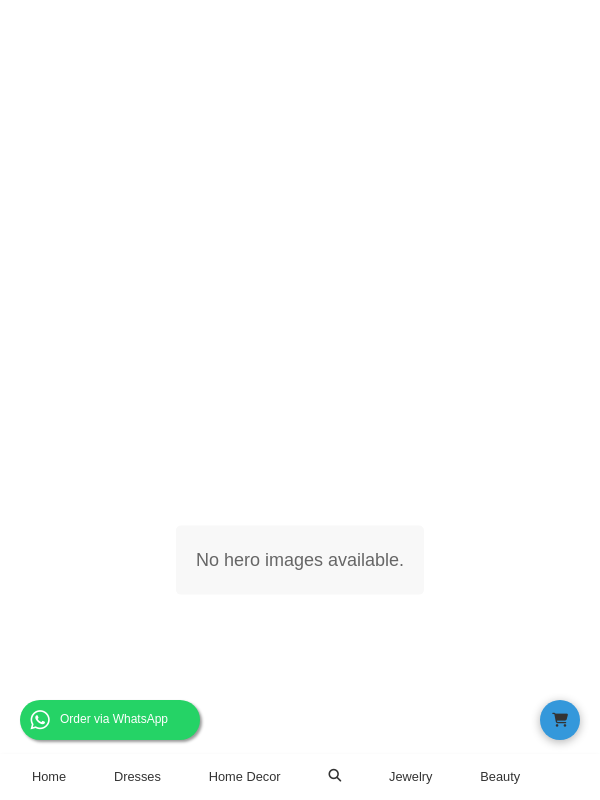
Repository: mrPractise/Elma-Shop
Page: http://localhost/
The author's editor kept a copy of each file at every save. The page is drawn from the files as they stood at one save, then again after the next save.
The browser window is 600 px wide. The pictures show the whole page.
Some web fonts or font styles are not loaded; a fallback is used. The page is served by the project's application, run on Django 5.2 (manage.py). Other server files are loaded and not shown. Queries for data that is not in the repository find no rows.

Above is the page before, as saved 2024-09-29 14:10:35.

### Shop/templatetags/cart_tags.py
from django import template
from Shop.models import Cart, CartItem

register = template.Library()

@register.filter
def cart_item_count(session):
    cart_id = session.get('cart_id')
    if cart_id:
        return CartItem.objects.filter(cart_id=cart_id).count()
    return 0

### Shop/templatetags/category_tags.py


from django import template
from django.urls import reverse

register = template.Library()

@register.simple_tag
def category_url(category):
    url_names = {
        'beauty-products': 'beauty-products',
        'dresses': 'dresses',
        'jewelry': 'jewelry',
        'home-decor': 'home-decor'
    }
    url_name = url_names.get(category.slug, 'category_detail')
    return reverse(url_name, kwargs={'category_slug': category.slug})

### Shop/context_processors.py
# In a new file, e.g., myapp/context_processors.py

from django.conf import settings
import urllib.parse

def whatsapp_url(request):
    phone_number = settings.WHATSAPP_NUMBER
    message = settings.WHATSAPP_MESSAGE
    whatsapp_url = f"https://wa.me/{phone_number}?text={urllib.parse.quote(message)}"
    return {'whatsapp_url': whatsapp_url}

### Shop/cache_control.py
from django.utils.cache import patch_cache_control
from django.conf import settings

def cache_control_middleware(get_response):
    def middleware(request):
        response = get_response(request)
        if request.path.startswith(settings.MEDIA_URL) and request.path.lower().endswith(('.png', '.jpg', '.jpeg', '.gif')):
            patch_cache_control(response, max_age=3600*24*30)  # Cache for 30 days
        return response
    return middleware

### ElmaShop/urls.py
from django.contrib import admin
from django.urls import path, include
from django.conf.urls.static import static
from django.conf import settings

urlpatterns = [
    path('admin/', admin.site.urls),
    path('', include('Shop.urls'))
]

if settings.DEBUG:
    urlpatterns += static(settings.STATIC_URL, document_root=settings.STATIC_ROOT)
    urlpatterns += static(settings.MEDIA_URL, document_root=settings.MEDIA_ROOT)

### static/css/styles.css
/* GENERAL CSS */
@import url("https://fonts.googleapis.com/css2?family=Quicksand:wght@300;400;500;600;700&display=swap");

* {
  margin: 0;
  padding: 0;
  box-sizing: border-box;
}
body {
  font-family: "Quicksand", sans-serif;
  font-weight: 300;
  color: #333;
  line-height: 1.6;
}

/* NAVBAR */
.navbar {
  background-color: #fff;
  padding: 1rem;
  box-shadow: 0 2px 4px rgba(0, 0, 0, 0.1);
  position: sticky;
  top: 0;
  z-index: 1000;
}

.navbar ul {
  list-style-type: none;
  margin: 0;
  padding: 0;
  display: flex;
  justify-content: center;
  align-items: center;
}

.navbar ul li {
  margin: 0 1rem;
}

.navbar ul li a {
  text-decoration: none;
  color: #333;
  font-weight: 400;
  transition: color 0.3s ease;
}

.navbar ul li a:hover {
  color: #e74c3c;
}

.navbar-toggle {
  display: none;
  background: none;
  border: none;
  font-size: 1.5rem;
  cursor: pointer;
}

@media screen and (max-width: 768px) {
  body {
    padding-bottom: 60px; /* Add space for the fixed navbar */
  }

  .navbar {
    position: fixed;
    bottom: 0;
    left: 0;
    right: 0;
    top: auto;
    padding: 0.5rem;
  }

  .navbar ul {
    display: flex;
    flex-direction: row;
    justify-content: space-around;
  }

  .navbar ul li {
    margin: 5px 0;
  }

  .navbar ul li a {
    font-size: 0.8em;
    text-align: center;
    display: flex;
    flex-direction: column;
    align-items: center;
  }

  .navbar ul li a::before {
    font-size: 1.5em;
    margin-bottom: 1px;
  }

  .navbar-toggle {
    display: none; /* Hide the toggle button */
  }
}
  .search-icon {
        cursor: pointer;
    }
    .modal {
    display: none;
    position: fixed;
    z-index: 1000;
    left: 0;
    top: 0;
    width: 100%;
    height: 100%;
    background-color: rgba(0,0,0,0.4);
}

.modal-content {
    background-color: #fefefe;
    margin: 10% auto;
    padding: 20px;
    border: 1px solid #888;
    width: 50%;
    max-width: 500px;
    border-radius: 8px;
    box-shadow: 0 4px 6px rgba(0, 0, 0, 0.1);
}

.close {
    color: #aaa;
    float: right;
    font-size: 28px;
    font-weight: bold;
    cursor: pointer;
}

.close:hover,
.close:focus {
    color: black;
    text-decoration: none;
}

.search-form {
    display: flex;
    margin-top: 20px;
}

.search-form input {
    flex-grow: 1;
    padding: 10px;
    font-size: 16px;
    border: 1px solid #ddd;
    border-right: none;
    border-radius: 4px 0 0 4px;
}

.search-form button {
    padding: 10px 15px;
    background-color: #f8f9fa;
    border: 1px solid #ddd;
    border-radius: 0 4px 4px 0;
    cursor: pointer;
}

/* Responsive styles */
@media screen and (max-width: 768px) {
    .modal-content {
        width: 80%;
        margin: 20% auto;
    }
}

@media screen and (max-width: 480px) {
    .modal-content {
        width: 90%;
        margin: 30% auto;
        padding: 15px;
    }

    .search-form input {
        font-size: 14px;
    }

    .search-form button {
        padding: 8px 12px;
    }


}
/**/
.section {
  min-height: 100vh;
  display: flex;
  flex-direction: column;
  justify-content: center;
  align-items: center;
  padding: 4rem 2rem 2rem;
}

.page-container {
  max-width: 100%;
  margin: 0 auto;
  padding: 1rem;
  min-height: 100vh;
}

.content-wrapper {
  display: grid;
  grid-template-columns: 2fr 5fr;
  gap: 5px;
}

.sidebar {
  flex: 0 0 auto;
  position: sticky;
  top: 65px; /* Adjust this value based on your navbar height */
  height: fit-content;
  overflow: hidden;


}

/* Search_Results Page */
     .search-results-container {
        padding: 20px;
    }
    .search-product-grid {
        display: grid;
        grid-template-columns: repeat(auto-fill, minmax(200px, 1fr));
        gap: 20px;
    }
    .search-product-item {
        border: 1px solid #ddd;
        padding: 10px;
        text-align: center;
    }
    .search-product-image {
        max-width: 100%;
        height: auto;
    }
    .search-pagination {
        margin-top: 20px;
        text-align: center;
    }
    .search-page-link {
        margin: 0 5px;
    }
    .search-current-page {
        font-weight: bold;
    }



.items-page-categories {
  display: flex;
  flex-direction: column;
}

.items-page-category {
  background: none;
border: none;
  padding: 0.5rem;
  cursor: pointer;
  transition: color 0.3s ease;
  overflow:visible;
 margin-bottom: 3px;
 white-space: wrap;
 word-wrap: break-word;

}

.items-page-category:hover,
.items-page-category.active{
  color: #e74c3c;
  background-color:rgb(191, 223, 211);
  border-right: 3px solid goldenrod;
}

.product-header {
  display: flex;
  justify-content: space-between;
  align-items: center;
  margin-bottom: 1rem;
}

.product-count {
  font-weight: bold;
}

.sort-dropdown select {
  padding: 0.5rem;
  border: 1px solid #ccc;
  border-radius: 4px;
}

.product-grid {
  display: grid;
  grid-template-columns: repeat(auto-fill, minmax(200px, 1fr));
  gap: 1rem;
}


.featured-page {
  background-color: #fff;
  border-radius: 10px;
  overflow: hidden;
  box-shadow: 0 4px 8px rgba(0, 0, 0, 0.1);
  margin-bottom: 3rem;
  display: flex;
  align-items: stretch;
}

.page-header {
  text-align: center;
  margin-bottom: 1rem;
  position: relative;
}
.page-title {
  font-family: "Playfair Display", serif;
  font-size: 4rem;
  color: #2c3e50;
  margin-bottom: 1rem;
  position: relative;
  display: inline-block;
}

.page-title::after {
  content: "";
  position: absolute;
  bottom: -10px;
  left: 50%;
  transform: translateX(-50%);
  width: 100px;
  height: 3px;
  background: linear-gradient(to right, #f39c12, #e74c3c);
}
.page-subtitle {
  font-size: 1.2rem;
  color: #7f8c8d;
  font-weight: 300;
}

/* HOME-PAGE */
h2 {
  font-size: 2.5rem;
  margin-bottom: 2rem;
  text-align: center;
}
.see-more {
  margin-top: 2rem;
  padding: 1rem 2rem;
  background-color: #e74c3c;
  color: white;
  text-decoration: none;
  border-radius: 5px;
  transition: background-color 0.3s ease;
}
.see-more:hover {
  background-color: #c0392b;
}

/* Hero Section */
.hero-section {
  display: flex;
  gap: 5px;
  min-height: 100vh; /* Full viewport height */
  overflow: hidden; /* Prevents any overflow */
}

.hero-left,
.hero-right {
  flex: 1;
  display: flex;
  flex-direction: column;
}

.hero-image-container {
  flex: 1;
  overflow: hidden;
  position: relative;
  margin-bottom: 5px; /* Consistent gap */
}

.hero-image {
  width: 100%;
  height: 100%;
  object-fit: cover;
  position: absolute;
  top: 0;
  left: 0;
}

.hero-image-overlay {
  position: absolute;
  bottom: 0;
  left: 0;
  right: 0;
  background: rgba(0, 0, 0, 0.5);
  color: white;
  padding: 10px;
  text-align: center;
}

.hero-image-overlay h3 {
  margin: 0;
  font-size: 1.2em;
}

.hero-image-overlay p {
  margin: 5px 0 0;
  font-size: 0.9em;
}

/* Responsive adjustments */
@media (max-width: 768px) {
  .hero-section {
    flex-direction: column;
    min-height: auto; /* Allow height to adjust based on content */
  }

  .hero-left,
  .hero-right {
    width: 100%;
  }

  .hero-image-container {
    height: 50vh; /* Half viewport height on smaller screens */
  }
}

@media (max-width: 480px) {
  .hero-image-container {
    height: 33vh; /* Shorter on very small screens */
  }

  .hero-image-overlay h3 {
    font-size: 1em;
  }

  .hero-image-overlay p {
    font-size: 0.8em;
  }
}

/* Dresses Section */
.Dresses-section {
  background-color: #f9e7e7;
}
.Dresses-showcase {
  display: flex;
  justify-content: space-around;
  width: 100%;
  max-width: 1200px;
  flex-wrap: wrap;
}
.dress-category {
  text-align: center;
  transition: transform 0.3s ease;
  margin: 1rem;
}
.dress-category:hover {
  transform: translateY(-10px);
}
.dress-category img {
  width: 200px;
  height: 300px;
  object-fit: cover;
  border-radius: 10px;
  box-shadow: 0 4px 8px rgba(0, 0, 0, 0.1);
}
.dress-category h3 {
  margin-top: 1rem;
}

/* Home Decor Section */
.Homedecor-section {
  background-color: #e7f0f9;
}
.decor-grid {
  display: grid;
  grid-template-columns: repeat(auto-fit, minmax(250px, 1fr));
  gap: 2rem;
  width: 80%;
  max-width: 1200px;
}
.decor-item {
  position: relative;
  overflow: hidden;
  border-radius: 10px;
  box-shadow: 0 4px 8px rgba(0, 0, 0, 0.1);
}
.decor-item img {
  width: 100%;
  height: 250px;
  object-fit: cover;
  transition: transform 0.3s ease;
}
.decor-item:hover img {
  transform: scale(1.05);
}
.decor-info {
  position: absolute;
  bottom: 0;
  left: 0;
  right: 0;
  background: rgba(255, 255, 255, 0.9);
  padding: 1rem;
  transform: translateY(100%);
  transition: transform 0.3s ease;
}
.decor-item:hover .decor-info {
  transform: translateY(0);
}

.Jewelry-section {
  background-color: #f9f3e6;
}
.Jewelry-showcase {
  display: grid;
  grid-template-columns: repeat(auto-fit, minmax(280px, 1fr));
  gap: 2rem;
  width: 90%;
  max-width: 1200px;
}
.jewelry-item {
  border-radius: 10px;
  overflow: hidden;
  box-shadow: 0 4px 8px rgba(0, 0, 0, 0.1);
  transition: transform 0.3s ease, box-shadow 0.3s ease;
  display: flex;
  flex-direction: column;
}
.jewelry-item:hover {
  transform: translateY(-5px);
  box-shadow: 0 6px 12px rgba(0, 0, 0, 0.15);
}
.jewelry-image {
  width: 100%;
  height: 300px;
  overflow: hidden;
}
.jewelry-image img {
  width: 100%;
  height: 100%;
  object-fit: cover;
  transition: transform 0.3s ease;
}
.jewelry-item:hover .jewelry-image img {
  transform: scale(1.05);
}
.jewelry-info {
  padding: 1.5rem;
  display: flex;
  flex-direction: column;
  flex-grow: 1;
}
.jewelry-info h3 {
  margin: 0 0 0.5rem;
  color: #333;
  font-size: 1.2rem;
}
.jewelry-info p {
  margin: 0 0 1rem;
  color: #e74c3c;
  font-weight: 400;
}
.jewelry-description {
  font-size: 0.9rem;
  color: #666;
  flex-grow: 1;
}
/* Beauty Section */
.Beauty-Products-section {
  background-color: #f0e7f9;
}


.section-title {
  text-align: center;
  margin-bottom: 2rem;
  color: #333;
  font-size: 2.5rem;
}

.beauty-container {
  margin: 0 auto;
  padding: 0 1rem;
}

.beauty-masonry {
  column-count: 2;
  column-gap: 1rem;
  margin: 0 auto;
  max-width: 100%;
}

.beauty-item {
  break-inside: avoid;
  margin-bottom: 1rem;
  position: relative;
  overflow: hidden;
  width: 100%;
  display: inline-block;
}

.beauty-item img {
  width: 100%;
  display: block;
  transition: transform 0.3s ease;
}

.beauty-item:hover img {
  transform: scale(1.05);
}

.beauty-overlay {
  position: absolute;
  bottom: 0;
  left: 0;
  right: 0;
  background: linear-gradient(to top, rgba(0, 0, 0, 0.7), transparent);
  color: white;
  padding: 1rem;
  transform: translateY(100%);
  transition: transform 0.3s ease;
}

.beauty-item:hover .beauty-overlay {
  transform: translateY(0);
}

.beauty-overlay h3 {
  margin: 0 0 0.5rem;
  font-size: 1.2rem;
}

.beauty-overlay p {
  margin: 0;
  font-size: 0.9rem;
  word-wrap: break-word;
  overflow-wrap: break-word;
  hyphens: auto;
}
@media (max-width: 480px) {
  .beauty-masonry {
    column-count: 1;
  }
}
@media (max-width: 768px) {
  .beauty-item {
    flex: 0 0 calc(50% - 0.5rem);
  }

  .jewelry-showcase {
    grid-template-columns: repeat(auto-fit, minmax(250px, 1fr));
  }
}

/* HOMEDECOR PAGE */
.homedecor-page-container {
  background-color: #e7f0f9;
}

/* PRODUCT-Items */
.product-grid {
  display: grid;
  grid-template-columns: repeat(auto-fill, minmax(250px, 1fr));
  gap: 2rem;
  width: 100%;
}

.product-item {
  background-color: #fff;
  border-radius: 10px;
  overflow: hidden;
  box-shadow: 0 4px 8px rgba(0, 0, 0, 0.1);
  transition: transform 0.3s ease;
  display: flex;
  flex-direction: column;
}

.product-item:hover {
  transform: translateY(-5px);
}

.product-image-container {
  position: relative;
  width: 100%;
  height: 100%;
  padding-top: 100%; /* 1:1 Aspect Ratio */
  overflow: hidden;
}

.product-item img {
  position: absolute;
  top: 0;
  left: 0;
  width: 100%;
  height: 100%;
  object-fit: cover;
  transition: transform 0.3s ease;
}

.product-item:hover img {
  transform: scale(1.05);
}

.product-info {
  padding: 1rem;
  display: flex;
  flex-direction: column;
  flex-grow: 1;
}

.product-desc p {
  word-wrap: break-word; /* Breaks long words */
  overflow: hidden; /* Hides overflow content */
  text-overflow: ellipsis; /* Adds "..." for overflowing text */
  white-space: normal; /* Allows text to wrap to the next line */
  margin: 0; /* Optional: adjust margin */
}

.product-info h3 {
  margin-bottom: 0.5rem;
  font-size: 1.1rem;
  line-height: 1.2;
}

.product-price {
  font-weight: 400;
  color: #e74c3c;
  margin-bottom: 0.5rem;
}

.product-cart {
  display: flex;
  justify-content: space-between;
  align-items: center;
  margin-top: auto;
}

.cart-btn,
.remove-from-cart {
  padding: 0.5rem 1rem;
  border: none;
  border-radius: 5px;
  cursor: pointer;
  transition: background-color 0.3s ease;
}

.cart-btn {
  background-color: #3498db;
  color: white;
}

.cart-btn:hover {
  background-color: #2980b9;
}

.remove-from-cart {
  background-color: #e74c3c;
  color: white;
}

.remove-from-cart:hover {
  background-color: #c0392b;
}

.no-product {
  position: absolute;
  top: 50%;
  height: fit-content;
  left: 50%;
  transform: translate(-50%, -50%);
  text-align: center;
}
.cart-icon {
    position: relative;
    display: inline-block;
}

.cart-counter {
    position: absolute;
    top: -10px;
    right: -10px;
    background-color: #e74c3c;
    color: white;
    border-radius: 50%;
    padding: 2px 6px;
    font-size: 0.7em;
    font-weight: bold;
}



@media screen and (max-width: 768px) {
    .cart-icon {
        position: fixed;
        bottom: 60px;
        right: 20px;
        background-color: #3498db;
        color: white;
        border-radius: 50%;
        width: 40px;
        height: 40px;
        display: flex;
        justify-content: center;
        align-items: center;
        box-shadow: 0 2px 10px rgba(0, 0, 0, 0.3);
        z-index: 1000;
    }

    .cart-icon i {
        font-size: 14px;
    }

    .cart-counter {
        position: absolute;
        top: -5px;
        right: -5px;
        background-color: #e74c3c;
        color: white;
        border-radius: 50%;
        padding: 2px 6px;
        font-size: 0.7em;
        font-weight: bold;
    }
}

@media (max-width: 768px) {

  .no-product {
    top: 70%;
  }
}

.cart-btn,
.remove-from-cart {
  color: white;
  border: none;
  padding: 0.5rem 1rem;
  border-radius: 5px;
  cursor: pointer;
  transition: background-color 0.3s ease;
}
.cart-btn {
  background-color: #3498db;
}
.cart-btn:hover {
  background-color: #2980b9;
}
.remove-from-cart {
  background-color: #e74c3c;
}
.cart-quantity {
  font-weight: 500;
  background-color: #e7d33c;
  color: rgb(34, 31, 31);
  padding: 0.2rem 0.6rem;
  border-radius: 50%;
}

/* CART-PAGE */
.cart-container {
  max-width: 1200px;
  margin: 0 auto;
  padding: 40px 20px;
  display: flex;
  gap: 40px;
}
h1 {
  font-size: 2.5em;
  margin-bottom: 30px;
  color: #2c3e50;
}
.cart-items {
  flex: 3;
}
.cart-item {
  background-color: #fff;
  border-radius: 8px;
  box-shadow: 0 4px 6px rgba(0, 0, 0, 0.1);
  margin-bottom: 20px;
  overflow: hidden;
  transition: transform 0.3s ease;
}
.cart-item:hover {
  transform: translateY(-5px);
}
.item-content {
  display: flex;
  padding: 20px;
}
.item-image {
  width: 100px;
  height: 100px;
  object-fit: cover;
  border-radius: 4px;
  margin-right: 20px;
}
.item-details {
  flex-grow: 1;
}
.item-name {
  font-weight: 500;
  font-size: 1.1em;
  margin-bottom: 5px;
}
.item-price {
  color: #3498db;
  font-weight: 600;
}
.item-quantity {
  display: flex;
  align-items: center;
  margin-top: 10px;
}
.quantity-btn {
  background-color: #f1f3f5;
  color: #333;
  border: none;
  width: 30px;
  height: 30px;
  font-size: 1.2em;
  cursor: pointer;
  transition: background-color 0.3s;
  border-radius: 50%;
}
.quantity-btn:hover {
  background-color: #e9ecef;
}
.quantity-input {
  width: 40px;
  text-align: center;
  margin: 0 10px;
  font-size: 1em;
  border: none;
  background-color: transparent;
}
.item-total {
  font-weight: 800;
  margin-left: 20px;
}
.remove-item {
  background-color: #e74c3c;
  color: white;
  border: none;
  padding: 5px 10px;
  cursor: pointer;
  transition: background-color 0.3s;
  border-radius: 4px;
  font-size: 0.9em;
}
.remove-item:hover {
  background-color: #c0392b;
}
.empty-cart-message,
.empty-cart-summary {
  text-align: center;
  padding: 20px;
  font-size: 18px;
  color: #666;
}

.empty-cart-message {
  background-color: #f8f8f8;
  border-radius: 5px;
}

.cart-summary {
  flex: 1;
  background-color: #fff;
  padding: 20px;
  border-radius: 8px;
  box-shadow: 0 4px 6px rgba(0, 0, 0, 0.1);
  position: sticky;
  top: 20px;
  height: fit-content;
}
.summary-title {
  font-size: 1.5em;
  margin-bottom: 20px;
  color: #2c3e50;
}

.summary-items {
  margin-bottom: 15px;
}
.summary-item {
  display: flex;
  justify-content: space-between;
  margin-bottom: 10px;
}
.summary-item-details {
  flex-grow: 1;
}
.summary-item-name {
  font-weight: 500;
}
.summary-item-quantity {
  font-size: 0.9em;
  font-weight: 400;
  color: #666;
}
.summary-item-total {
  text-align: right;
  font-weight: 600;
}
.summary-subtotal {
  border-top: 1px solid #ddd;
  padding-top: 10px;
  margin-top: 10px;

  font-weight: 700;
}
.summary-total {
  font-size: 1.2em;
  font-weight: 800;
  color: #3498db;
  margin-top: 20px;
  padding-top: 20px;
  border-top: 1px solid #eee;
}
.checkout-btn {
  background-color: #2ecc71;
  color: white;
  border: none;
  padding: 15px 20px;
  font-size: 1em;
  border-radius: 4px;
  cursor: pointer;
  transition: background-color 0.3s;
  width: 100%;
  margin-top: 20px;
  a{
    text-decoration: none;
  }
}
.checkout-btn:hover {
  background-color: #27ae60;
}
.thankyou-container {
    max-width: 800px;
    margin: 0 auto;
    padding: 20px;
    font-family: Arial, sans-serif;
    background-color: #f9f9f9;
    border-radius: 10px;
    box-shadow: 0 0 10px rgba(0,0,0,0.1);
}

.thankyou-order-item {
    background-color: #fff;
    border: 1px solid #ddd;
    border-radius: 5px;
    padding: 15px;
    margin-bottom: 15px;
}

.thankyou-order-item p {
    margin: 5px 0;
    font-size: 1.1em;
}

.thankyou-total {
    font-weight: bold;
    font-size: 2em;
    margin-top: 20px;
      color: #3498db;
}

.thankyou-message {
    text-align: center;
}

.thankyou-button {
    display: block;
    width: 80%;
    max-width: 300px;
    margin: 20px auto;
    padding: 15px;
    text-align: center;
    text-decoration: none;
    font-size: 1.2em;
    border-radius: 5px;
    transition: background-color 0.3s ease;
}

.thankyou-whatsapp-button {
    background-color: #25D366;
    color: white;
}

.thankyou-whatsapp-button:hover {
    background-color: #128C7E;
}

.continue-shopping-button {
    background-color: #3498db;
    color: white;
}

.continue-shopping-button:hover {
    background-color: #2980b9;
}

.checkout-actions {
    margin-top: 20px;
    display: flex;
    justify-content: space-between;
}

.button {
    padding: 10px 20px;
    font-size: 16px;
    border: none;
    border-radius: 5px;
    cursor: pointer;
    text-decoration: none;
    display: inline-block;
    text-align: center;
    transition: background-color 0.3s ease;
}

.continue-shopping-button {
    background-color: #4CAF50;
    color: white;
}

.continue-shopping-button:hover {
    background-color: #45a049;
}

.cancel-order-button {
    background-color: #f44336;
    color: white;
}

.cancel-order-button:hover {
    background-color: #d32f2f;
}

@media (max-width: 600px) {
    .thankyou-container {
        padding: 10px;
    }

    .thankyou-container h1 {
        font-size: 2em;
    }

    .thankyou-container h2 {
        font-size: 1.5em;
    }

    .thankyou-button {
        width: 100%;
    }
}

   .whatsapp-float {
        position: fixed;
        bottom: 40px;
        right: 40px;
        display: flex;
        align-items: center;
        background-color: #25d366;
        color: #FFF;
        border-radius: 50px;
        text-decoration: none;
        transition: all 0.3s;
        z-index: 100;
        box-shadow: 2px 2px 3px #999;
        overflow: hidden;
        max-width: calc(100% - 80px); /* Prevent full width on small screens */
    }

    .whatsapp-float-icon {
        width: 60px;
        height: 60px;
        display: flex;
        align-items: center;
        justify-content: center;
        font-size: 30px;
        flex-shrink: 0;
    }

    .whatsapp-float-text {
        padding-right: 20px;
        font-size: 14px;
        opacity: 0;
        max-width: 0;
        overflow: hidden;
        transition: all 0.3s;
        white-space: nowrap;
    }

    .whatsapp-float:hover {
        background-color: #128C7E;
    }

    .whatsapp-float:hover .whatsapp-float-text {
        opacity: 1;
        max-width: 200px; /* Adjust based on your text length */
    }

    @keyframes showText {
        0%, 100% { opacity: 0; max-width: 0; }
        10%, 90% { opacity: 1; max-width: 200px; } /* Adjust based on your text length */
    }

    .whatsapp-float .whatsapp-float-text {
        animation: showText 6s infinite;
    }

    @media screen and (max-width: 767px) {
        .whatsapp-float {
            bottom: 60px;
            left: 20px;
            max-width: 30%;
        }

        .whatsapp-float-icon {
            width: 40px;
            height: 40px;
            font-size: 22px;
        }

        .whatsapp-float-text {
            font-size: 12px;
            padding-right: 10px;
        }

        @keyframes showText {
            0%, 100% { opacity: 0; max-width: 0; }
            10%, 90% { opacity: 1; max-width: 250px; } /* Smaller max-width for mobile */
        }
    }




.messages-container {
    position: fixed;
    top: 20px;
    right: 20px;
    z-index: 1000;
    max-width: 300px;
}

.message {
    margin-bottom: 10px;
    padding: 15px;
    border-radius: 4px;
    display: flex;
    align-items: center;
    box-shadow: 0 2px 4px rgba(0,0,0,0.2);
    animation: slideIn 0.5s ease-out;
}

@keyframes slideIn {
    from {
        transform: translateX(100%);
        opacity: 0;
    }
    to {
        transform: translateX(0);
        opacity: 1;
    }
}


/* Checkout Page Styles */

.checkout-container {
    max-width: 800px;
    margin: 0 auto;
    padding: 20px;
    font-family: Arial, sans-serif;
    background-color: #f9f9f9;
    border-radius: 8px;
    box-shadow: 0 0 10px rgba(0,0,0,0.1);
}

h1 {
    color: #333;
    text-align: center;
    margin-bottom: 20px;
}

h2 {
    color: #444;
    margin-top: 30px;
    margin-bottom: 15px;
    border-bottom: 2px solid #ddd;
    padding-bottom: 10px;
}

form {
    margin-bottom: 30px;
}

form p {
    margin-bottom: 15px;
}

form label {
    display: block;
    margin-bottom: 5px;
    font-weight: bold;
    color: #555;
}

form input[type="text"],
form textarea {
    width: 100%;
    padding: 10px;
    border: 1px solid #ddd;
    border-radius: 4px;
    font-size: 16px;
}

.checkout-item {
    display: flex;
    align-items: center;
    margin-bottom: 20px;
    background-color: #fff;
    padding: 15px;
    border-radius: 6px;
    box-shadow: 0 2px 5px rgba(0,0,0,0.05);
}

.checkout-item-image {
    width: 80px;
    height: 80px;
    object-fit: cover;
    border-radius: 4px;
    margin-right: 15px;
}

.checkout-item-details {
    flex-grow: 1;
}

.checkout-item-details p {
    margin: 5px 0;
    color: #333;
}

.checkout-item-details p:first-child {
    font-weight: bold;
    font-size: 18px;
}

form h3 {
    text-align: right;
    margin-top: 20px;
    font-size: 20px;
    color: #333;
}

button[type="submit"] {
    display: block;
    width: 100%;
    padding: 15px;
    background-color: #4CAF50;
    color: white;
    border: none;
    border-radius: 4px;
    font-size: 18px;
    cursor: pointer;
    transition: background-color 0.3s ease;
}

button[type="submit"]:hover {
    background-color: #45a049;
}
.location-options {
    display: flex;
    flex-direction: column;
    gap: 10px;
    margin-bottom: 20px;
}
.checkout-p{

  font-weight: 800;
  color: #27ae60;
}
.location-option {
    display: flex;
    align-items: center;
}

.location-option input[type="radio"] {
    margin-right: 10px;
}

.location-option label {
    display: flex;
    align-items: center;
    cursor: pointer;
}

#custom-address-option {
    margin-bottom: 20px;
}

#custom-address-field {
    margin-top: 10px;
}
/* Responsive adjustments */
@media (max-width: 600px) {
    .checkout-container {
        padding: 15px;
    }

    .checkout-item {
        flex-direction: column;
        align-items: flex-start;
    }

    .checkout-item-image {
        width: 100%;
        height: auto;
        margin-right: 0;
        margin-bottom: 15px;
    }

    .checkout-item-details {
        width: 100%;
    }
}

@media (max-width: 768px) {
  .cart-container {
    flex-direction: column;
  }
  .cart-summary {
    position: static;
    order: -1;
    margin-bottom: 20px;
  }
}

Loaded but not shown: Shop/templatetags/custom_filters.py (common file); Shop/views.py (390 lines, source omitted); templates/home.html (184 lines, source omitted); templates/navbar.html (82 lines, source omitted); Shop/urls.py (20 lines, source omitted); templates/whatsappicon.html (20 lines, source omitted)

After the next save:
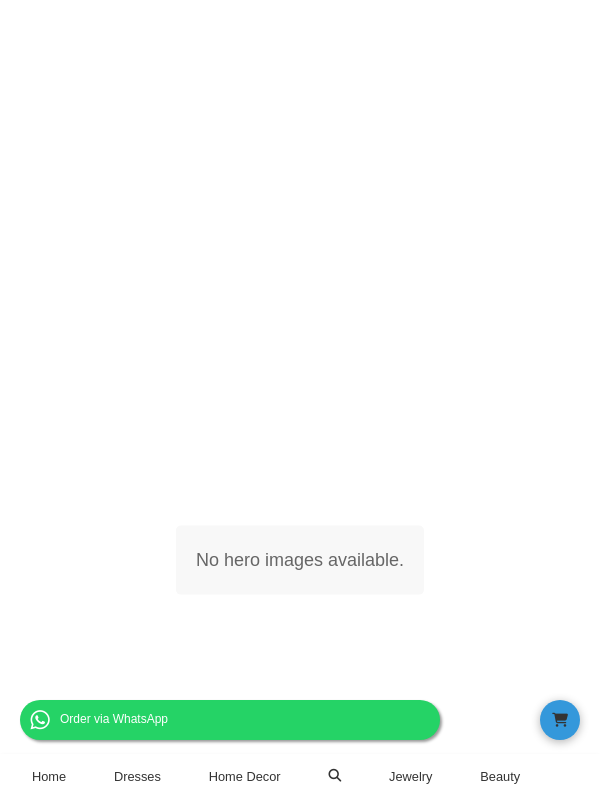
Saved 3 min 8 s later.
--- a/static/css/styles.css
+++ b/static/css/styles.css
@@ -1212,7 +1212,7 @@ h1 {
         .whatsapp-float {
             bottom: 60px;
             left: 20px;
-            max-width: 30%;
+            max-width: 70%;
         }
 
         .whatsapp-float-icon {
